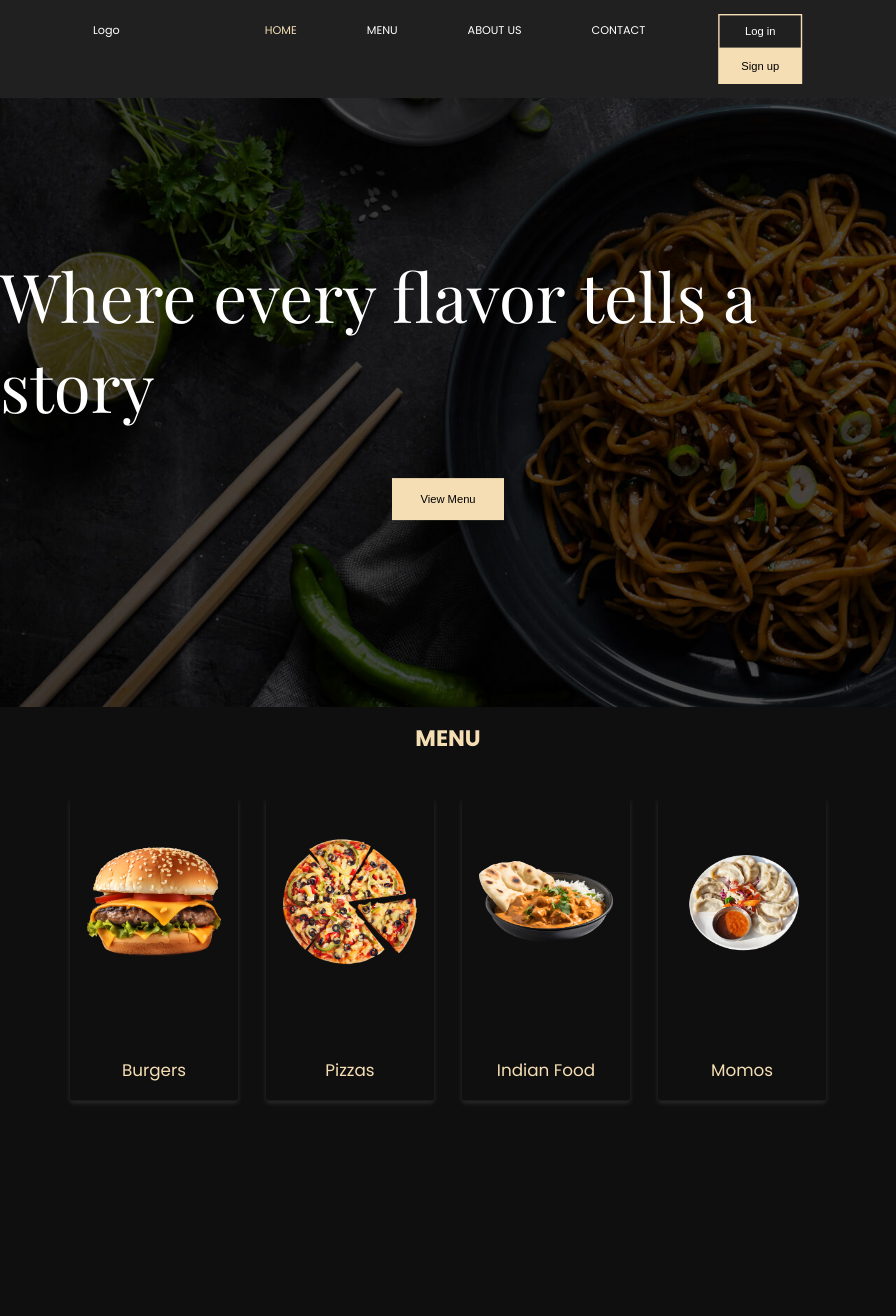
Repository: ThisIsSahaj/NSP
Page: index.html
The author's editor kept a copy of each file at every save. The page is drawn from the files as they stood at one save, then again after the next save.
The browser window is 1280 px wide. The pictures show the whole page, at 70% of full size.

Above is the page before, as saved 2023-12-26 23:08:50.

After the next save:
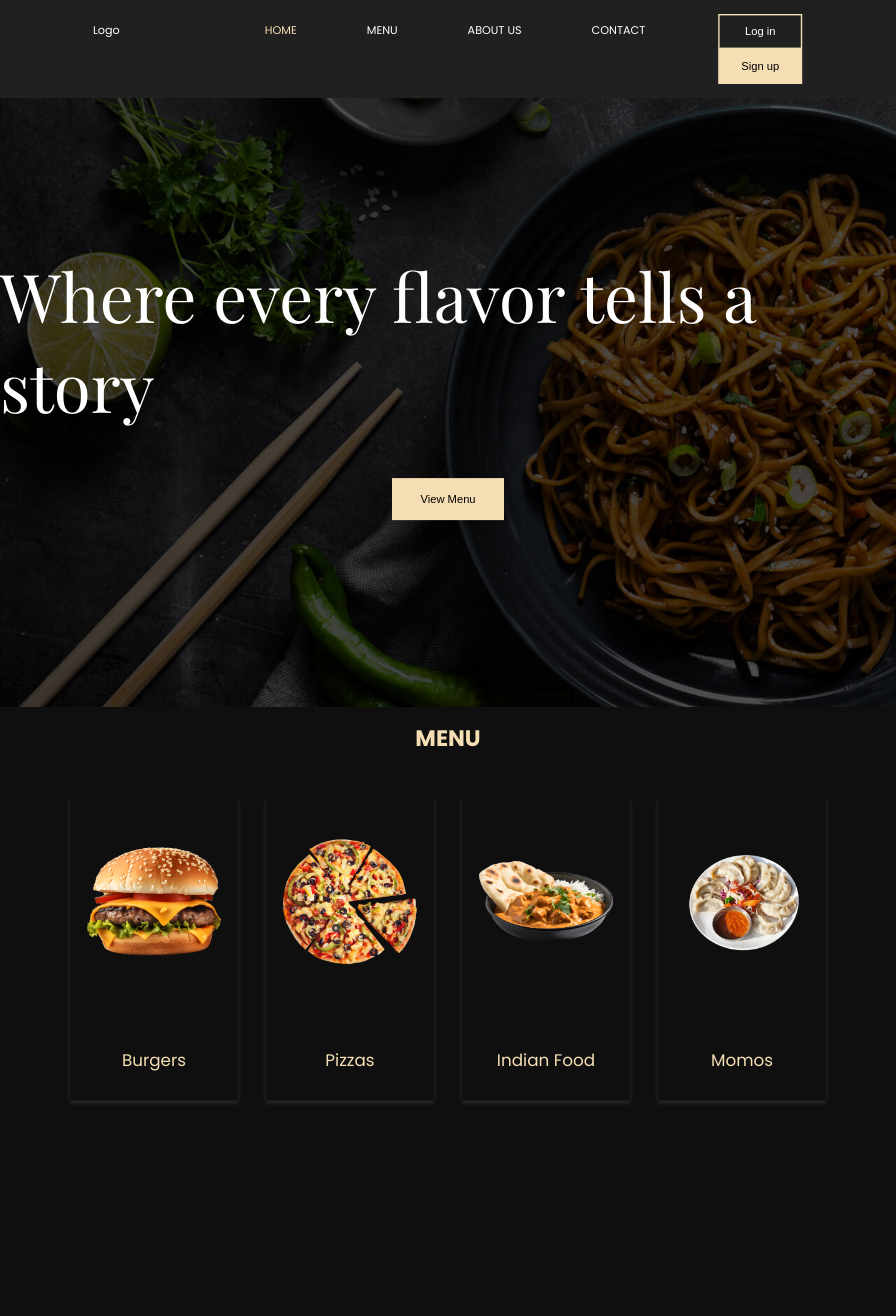
Saved 63 s later.
--- a/index.html
+++ b/index.html
@@ -32,7 +32,7 @@
 
 
 
-        .container {
+        .loginContainer {
           padding: 16px;
         }
 
@@ -185,7 +185,7 @@
 
       </div>
 
-      <div class="container">
+      <div class="loginContainer">
         <input type="text" placeholder="Enter Username" name="uname" required>
 
         <input type="password" placeholder="Enter Password" name="psw" required>
@@ -194,7 +194,7 @@
 
       </div>
 
-      <div class="container" style="background-color:#0F0F0F">
+      <div class="loginContainer" style="background-color:#0F0F0F">
         <button type="button" onclick="document.getElementById('id01').style.display='none'" class="cancelbtn">Cancel</button>
 
       </div>
